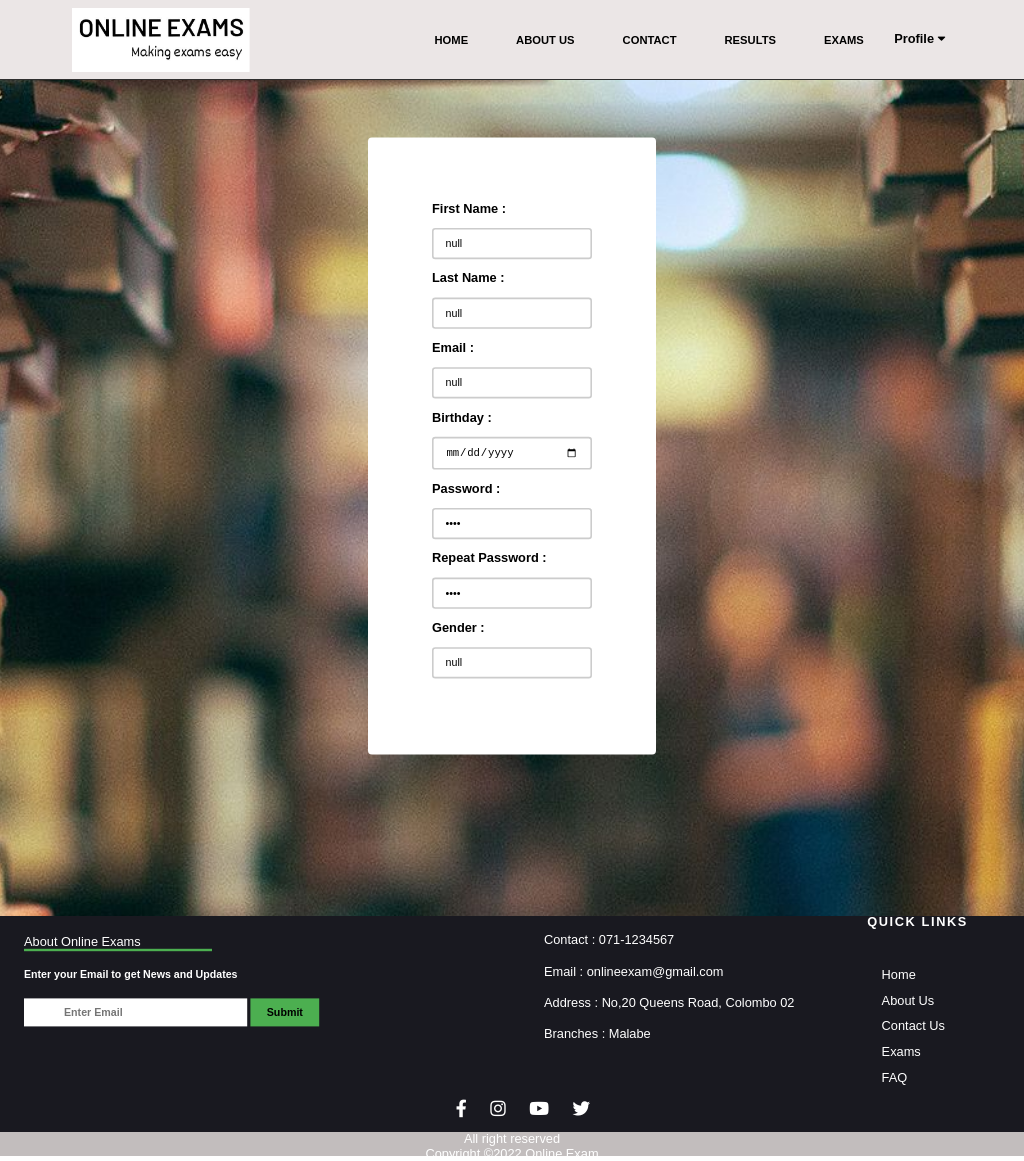
Repository: Isurinda-Shamika/online-exam
Page: http://localhost/online_exam/update_profile.jsp
The author's editor kept a copy of each file at every save. The page is drawn from the files as they stood at one save, then again after the next save.
The browser window is 1280 px wide. The pictures show the whole page, at 80% of full size.
Some web libraries are served in a nearby version. The page is served by Tomcat 9. Nobody is signed in. The application's start-up code is not run. Other server files are loaded and not shown.

Above is the page before, as saved 2022-11-09 17:06:47.

### online exam/src/main/webapp/update_profile.jsp
<%@ page language="java" contentType="text/html; charset=ISO-8859-1"
    pageEncoding="ISO-8859-1"%>
<!DOCTYPE html>
<html>
<head>

	<title>Registration Page</title>
	<link rel="stylesheet" type="text/css" href="CSS/register.css">
	<!--Bootstrap website link to get social media icons(use.fontawesome.com)-->
	<link
      rel="stylesheet"
      href="https://use.fontawesome.com/releases/v5.13.0/css/all.css"
      integrity="sha384-Bfad6CLCknfcloXFOyFnlgtENryhrpZCe29RTifKEixXQZ38WheV+i/6YWSzkz3V"
      crossorigin="anonymous"/>
	  <script src="JS/register.js"></script>
	<script src=""></script>

</head>
<body>
	<!--Header-->
	<!--Navigation Bar-->

	<nav>
		<a href="home.html"><img src="Images/logo.jpeg" class="logo"></a>
		<ul>
			<li><a href="home.html">Home</a></li>
			<li><a href="about-us.html">About Us</a></li>
			<li><a href="contact.html">Contact</a></li>
			<li><a href="results.html">Results</a></li>
			<li><a href="Exams.html">Exams</a></li>
			<div class="dropdown">
				<button class="dropbtn">Profile
				<i class="fa fa-caret-down"></i>
				</button>
				<div class="dropdown-content">
                    <a href="login.html">Sign In</a>
				</div>
			</div>
		</ul>
	</nav>
	<br>
	<br>
	<br>
	<br>
	<br>
	<br>
<div class = register_page>
	<!--Register Form-->
	<div class = form>

        <body>
            <div class="register-wrapper">
                <div class="form">
                    <form action="##" method="POST" id="reg_form">
                        <div>
                            <div class="form-group">
                                <label for="fname"><b>First Name  :</b></label>
                                <input class="form-element" type="text" id="fname" name="fname" placeholder="Your name.." autocomplete="off" value="<%=session.getAttribute("fname") %>" required>

                            </div>
                            <div class="form-group">
                                <label for="lname"><b>Last Name :</b></label>
                                <input class="form-element" type="text" id="lname" name="lname" placeholder="Your last name.."  value="<%=session.getAttribute("fname") %>" autocomplete="off" required>
                            </div>
                        </div>
                        <div>
                            <div class="form-group">
                                <label for="email"><b>Email :</b></label>
                                <input class="form-element" type="text" id="email" name="email"  value="<%=session.getAttribute("email") %>" placeholder="Your valide email.." autocomplete="off">

                            </div>
                            <div class="form-group">
                                <label for="birthday"><b>Birthday :</b></label>
                                <input class="form-element" type="date" id="birthday" name="birthday" value="<%=session.getAttribute("fname") %>" required>

                            </div>
                        </div>
                        <div>
                            <div class="form-group">
                                <label for="password"><b>Password :</b> </label>
                                <input class="form-element" type="password" id="password" name="password" placeholder="Enter your password.." value="<%=session.getAttribute("password") %>" autocomplete="off">

                            </div>
                            <div class="form-group">
                                <label for="password_repeat"><b>Repeat Password :</b></label>
                                <input class="form-element" type="password" placeholder="Confirm  Password" name="repassword" value="<%=session.getAttribute("repassword") %>" id="password_repeat" autocomplete="off">

                            </div>
                        </div>
                        <div>
                            <div class="form-group" >
                                <b>Gender :</b>
                                <input class="form-radio" type="text" name="gender" value="<%=session.getAttribute("gender") %>" id="male"  checked>

                            </div>
                        </div>
                        <div>

                        </div>


                    </form>
                </div>
            </div>
                    </body>

        </html>
    </div>
</div>



        <!--Footer-->
        <hr class = "line-before-footer">
        <footer>
            <div class="footer_content">
                <div class="center_details">
                    <ul class="details">
                        <li>Contact : 071-1234567</li>
                        <li>Email : onlineexam@gmail.com</li>
                        <li>Address : No,20 Queens Road, Colombo 02</li>
                        <li>Branches : Malabe</li>
                    </ul>

                </div>
                <div class="left_col">
                    <h7>About Online Exams</h7>
                    <div class="border"></div>
                    <h5>Enter your Email to get News and Updates</h5>
                    <form action="" class="newsletter_form">
                        <input type="Email" class="txt" placeholder="Enter Email" name="">
                        <input type="submit" class="btnsubmit" value="Submit" name="">

                    </form>
                </div>
                <div class="footer_links">
                    <h4>Quick Links</h4>
                    <ul>
                        <li><a href="home.html">Home</a></li>
                        <li><a href="about-us.html">About Us</a></li>
                        <li><a href="contact.html">Contact Us</a></li>
                        <li><a href="exams.html">Exams</a></li>
                        <li><a href="faq.html">FAQ</a></li>
                    </ul>
                </div>
            </div>

                <div class="social">
                    <a href="https://www.facebook.com" target="_blank"><i class="fab fa-facebook-f"></i></a>
                    <a href="https://www.instagram.com" target="_blank"><i class="fab fa-instagram"></i></a>
                    <a href="https://www.youtube.com" target="_blank"><i class="fab fa-youtube"></i></a>
                    <a href="https://www.twitter.com" target="_blank"><i class="fab fa-twitter"></i></a>
                </div>
        </div>
            <div class="footer_bottom">
                <h8>All right reserved<br/>Copyright &copy;2022 Online Exam</h8>
            </div>
        </footer>
    </body>
</html>

### online exam/src/main/webapp/CSS/register.css
body{
	background-image: url("../images/book.jpg");
	height: 100%;
	background-position: center;
    background-repeat: no-repeat;
    background-size: cover;
	margin: 0;
    padding: 0;
    font-family: Arial;
    background-color: rgb(255, 255, 255);
}

p{
    color: #000000;
}
nav{
    position: absolute;
    top: 0;
    left: 0;
    width: 100%;
    height: 100px;
    padding: 10px 90px;
    box-sizing: border-box;
    background:rgb(235, 230, 230);
    border-bottom:1px solid #000000;
 z-index: 1;
}

.logo{
    width: 222px;
    cursor: pointer;
}

nav ul{
    list-style: none;
    float: right;
    margin: 0;
    padding: 0;
    display: flex;
}

nav ul li a{
    line-height: 80px;
    color: rgb(0, 0, 0);
    padding: 12px 30px;
    text-decoration: none;
    font-size: 14px;
    font-weight: bold;
    text-transform: uppercase;
}

nav ul li a:hover{
   color: #4caf50;
}

.dropdown {
 float: left;
 overflow: hidden;
}

.dropdown .dropbtn {
    font-size: 16px;
    border: none;
    outline: none;
    color: rgb(0, 0, 0);
    padding: 30px 8px 5px 8px;
    background-color: inherit;
    font-family: Arial;
    margin: 0;
    font-weight:Bold;
}

.navbar a:hover, .dropdown:hover .dropbtn {
 color: #4caf50;
}

.dropdown-content {
    display: none;
    position: absolute;
    background-color: rgb(0, 0, 0);
    min-width: 160px;
    box-shadow: 0px 8px 16px 0px rgba(0,0,0,0.2);
    z-index: 1;
}

.dropdown-content a {
 float: none;
 color: white;
 padding: 12px 25px;
 text-decoration: none;
 display: block;
 text-align: left;
}

.dropdown-content a:hover {
 background-color: #4caf50;
}

.dropdown:hover .dropdown-content {
 display: block;
}

.line-before-footer{
 background-color: transparent;
 border-color:transparent;
 margin-top: 140px;
}

.register_page{
	width: 360px;
	padding: 5%;
	margin: auto;
}

.form{
  border-radius: 5px;
  background-color: f;
  padding: 40px;
  position: relative;
  z-index: 1;
  background: #ffffff;
  max-width: 400px;
  margin: auto;
  text-align: left;
}

.form input{
  width: 100%;
  padding: 10px 15px;
  margin: 15px 0;
  display: inline-block;
  border: 2px solid #ccc;
  border-radius: 4px;
  box-sizing: border-box;
}

.btn{
  width: 100%;
  background-color: #4CAF50;
  color: white;
  padding: 20px 25px;
  margin: 20px 0;
  border: none;
  border-radius: 4px;
  cursor: pointer;
}

.btn:hover  {
  background: rgb(255, 196, 0);
}

.topic{
   font-family: "Arial", sans-serif;
   width: 100%;
   text-align: center;
   border-bottom: 1px solid #000;
   line-height: 0.1em;
   margin: 10px 0 20px;
}

.topic span {
    background:#fff;
    padding:0 10px;
}

footer{
 background: #191920;
 height: 300px;
 color: white;
 position: relative;
 margin-top: -20px;
}

.footer_bottom{
 background: rgb(194, 189, 189);
 height: 30px;
 width: 100%;
 text-align: center;
 position: absolute;
 bottom: 0px;
 left: 0px;
 padding-top: 0px;
}

.social{
 margin: 20px ;
 margin-left: 32%;
 position: absolute;
 bottom: 25px;
 left: 12.5%;
 right: 35px;
}

.social a{
 color: #fff;
 margin-right: 25px;
 font-size: 22px;
 text-decoration: none;
 transition: .3s linear;
}

.social a:hover{
 color: #2196f3;
}

.footer_links{
 float: right;
 margin-right: 50px;
 position: sticky;
}

.footer_links li{
 list-style: none;
 margin-left: 18px;

}

.footer_links a{
 text-decoration: none;
 color: white;
 line-height: 2;
}

.footer_links h4{
 letter-spacing: 2px;
 text-transform: uppercase;
 margin-top: -160px;
 margin-left: 20px;
 padding: 20px;
}

.footer_links a:hover{
 color: #4caf50;
}

.left_col{
 margin-top: -150px;
 margin-left: 30px;
}

h5{
    font-family:'Arial';
}

.center_details {
 padding-left: 240px;
}

.border{
 width: 235px;
 height: 3px;
 background: #4caf50;
}

.newletter_form{
 display: flex;
 justify-content: center;
 flex-wrap: wrap;
}

.txt{
 flex: 1;
 padding: 10px 50px;
 font-weight: 700;
 border: none;
 outline: none;
}

.btnsubmit{
 flex: 1;
 padding: 10px 20px;
 font-weight: 700;
 border: none;
 background: #4caf50;
}

.btn:hover{
 background: rgb(255, 196, 0);
}

.details li{
 list-style: none;
 margin-left: 400px;
 line-height: 1.2;
 padding-top: 20px;
}

### online exam/src/main/webapp/JS/register.js
function func(){
    alert("Registered Successfully!");
  }

After the next save:
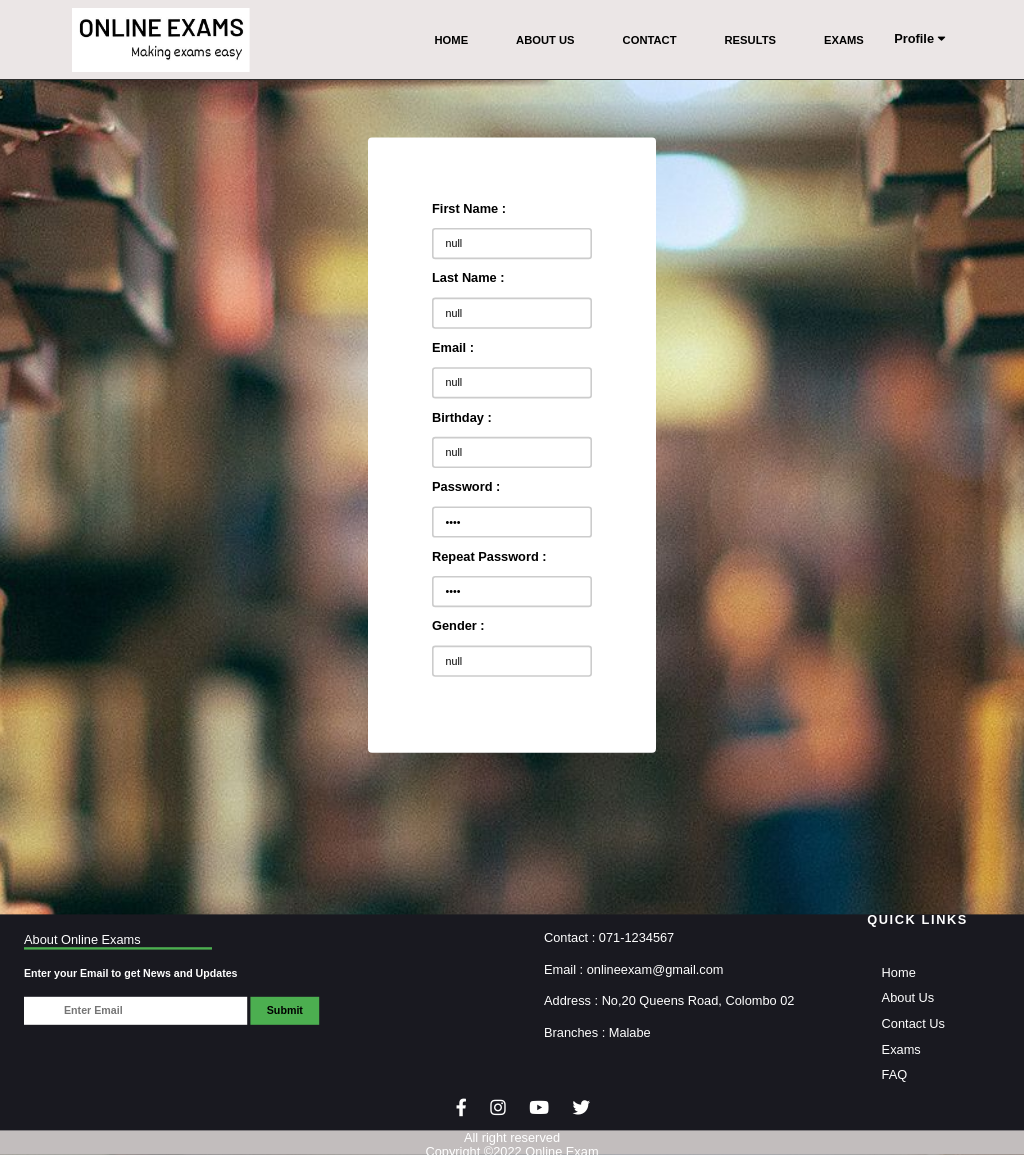
Saved 61 s later.
--- a/online exam/src/main/webapp/update_profile.jsp
+++ b/online exam/src/main/webapp/update_profile.jsp
@@ -71,7 +71,7 @@
                             </div>
                             <div class="form-group">
                                 <label for="birthday"><b>Birthday :</b></label>
-                                <input class="form-element" type="date" id="birthday" name="birthday" value="<%=session.getAttribute("fname") %>" required>
+                                <input class="form-element" type="text" id="birthday" name="birthday" value="<%=session.getAttribute("fname") %>" required>
 
                             </div>
                         </div>
